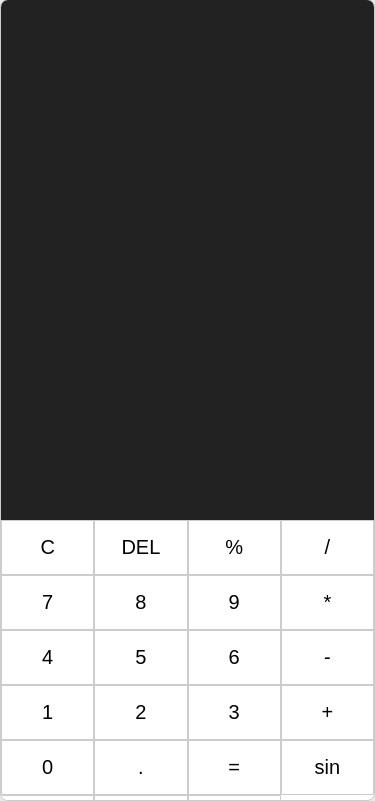
Repository: JuliusMonday/myCalculator
Page: index.html
An editor plug-in stored every save of this project. The page is shown before and after a run of saves, followed by the edit.
The browser window is 375 px wide. The pictures show the whole page.

Above is the page before, as saved 2024-05-31 08:56:18.

### index.html
<!DOCTYPE html>
<html lang="en">
<head>
    <meta charset="UTF-8">
    <meta name="viewport" content="width=device-width, initial-scale=1.0">
    <title>JuliusCalc - Scientific Calculator</title>
    <link rel="stylesheet" href="styles.css">
</head>
<body>
    <div class="calculator">
        <div class="display">
            <input type="text" id="result" disabled>
        </div>
        <div class="buttons">
            <button onclick="clearDisplay()">C</button>
            <button onclick="deleteChar()">DEL</button>
            <button onclick="appendChar('%')">%</button>
            <button onclick="appendChar('/')">/</button>

            <button onclick="appendChar('7')">7</button>
            <button onclick="appendChar('8')">8</button>
            <button onclick="appendChar('9')">9</button>
            <button onclick="appendChar('*')">*</button>

            <button onclick="appendChar('4')">4</button>
            <button onclick="appendChar('5')">5</button>
            <button onclick="appendChar('6')">6</button>
            <button onclick="appendChar('-')">-</button>

            <button onclick="appendChar('1')">1</button>
            <button onclick="appendChar('2')">2</button>
            <button onclick="appendChar('3')">3</button>
            <button onclick="appendChar('+')">+</button>

            <button onclick="appendChar('0')">0</button>
            <button onclick="appendChar('.')">.</button>
            <button onclick="calculate()">=</button>

            <button onclick="appendChar('Math.sin(')">sin</button>
            <button onclick="appendChar('Math.cos(')">cos</button>
            <button onclick="appendChar('Math.log(')">log</button>
            <button onclick="appendChar('Math.sqrt(')">√</button>
        </div>
        <marquee><p><b>JuliusCalc||</b> <em>Created by Julius</em></p></marquee>
    </div>
    <script src="index.js"></script>
</body>
</html>

### styles.css
body {
    display: flex;
    justify-content: center;
    align-items: center;
    height: 100vh;
    background-color: #f0f0f0;
    font-family: 'Arial', sans-serif;
    margin: 0;
}

.calculator {
    width: 300px;
    border: 1px solid #ccc;
    border-radius: 8px;
    overflow: hidden;
    box-shadow: 0 0 10px rgba(0, 0, 0, 0.1);
    background-color: #ffffff;
}

.display {
    background-color: #222;
    color: #fff;
    padding: 0;
    font-size: 24px;
    position: relative;
    height: 60px;
    display: flex;
    align-items: flex-end;
    padding-right: 10px;
}

.display input {
    width: 100%;
    border: none;
    background: none;
    color: #fff;
    text-align: right;
    font-size: 24px;
    padding: 0;
    box-sizing: border-box;
    line-height: 60px;
    height: 60px;
}

.buttons {
    display: grid;
    grid-template-columns: repeat(4, 1fr);
}

button {
    padding: 20px;
    font-size: 18px;
    border: 1px solid #ccc;
    background-color: #fff;
    cursor: pointer;
    transition: background-color 0.2s;
}

button:hover {
    background-color: #f0f0f0;
}

button:active {
    background-color: #ddd;
}

/* Responsive Design */
@media (max-width: 600px) {
    .calculator {
        width: 100%;
        height: 100%;
        border-radius: 5;
    }
    .display {
        padding: 10px;
        font-size: 20px;
        height: 500px;
        /* margin-bottom: 100px; */
    }
    button {
        padding: 15px;
        font-size: 20px;
    }
    body{

    }
}

### index.js
// script.js

function appendChar(char) {
    document.getElementById('result').value += char;
}

function clearDisplay() {
    document.getElementById('result').value = '';
}

function deleteChar() {
    let currentDisplay = document.getElementById('result').value;
    document.getElementById('result').value = currentDisplay.slice(0, -1);
}

function calculate() {
    try {
        let expression = document.getElementById('result').value;

        // Automatically close any opened parentheses
        let openParenthesisCount = (expression.match(/\(/g) || []).length;
        let closeParenthesisCount = (expression.match(/\)/g) || []).length;
        let missingCloseParenthesis = openParenthesisCount - closeParenthesisCount;

        for (let i = 0; i < missingCloseParenthesis; i++) {
            expression += ')';
        }

        let result = eval(expression);
        document.getElementById('result').value = result;
    } catch (error) {
        document.getElementById('result').value = 'Error';
    }
}

After the next 2 saves:
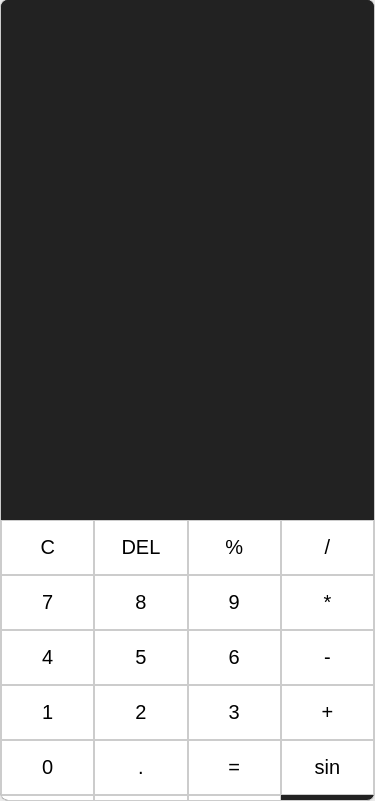
The 2 saves are shown as one change because they came seconds apart.
The last was saved 7 s later.
--- a/styles.css
+++ b/styles.css
@@ -70,6 +70,7 @@ button:active {
         width: 100%;
         height: 100%;
         border-radius: 5;
+        background-color:#222;
     }
     .display {
         padding: 10px;
